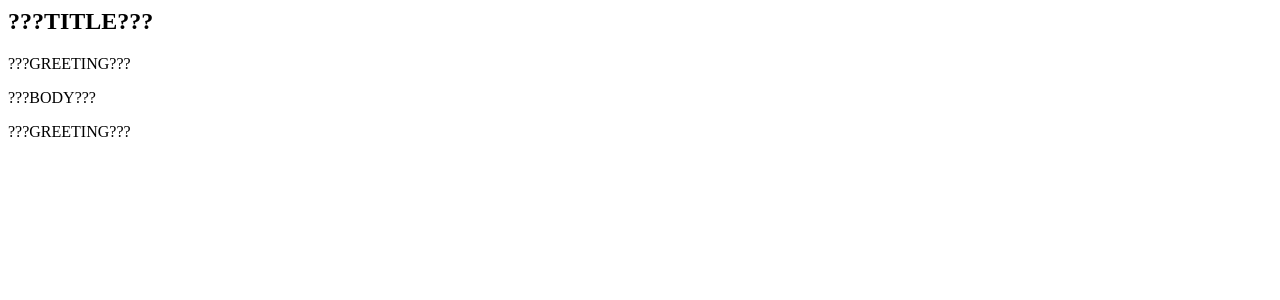
Repository: zboizz/JAVA_practice
Page: http://localhost/myapp/jstl/fmtTags5.jsp
These files come from the project's save history. The page is drawn as it stood at one moment and after the next save; the edit follows.
The browser window is 1280 px wide. The pictures show the whole page.
The page is served by Tomcat 9.

Above is the page before, as saved 2020-01-03 02:17:27.

After the next save:
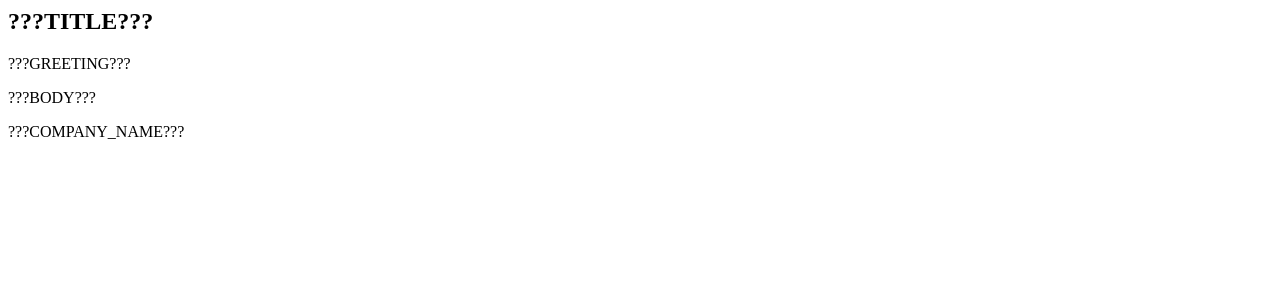
Saved 11 s later.
--- a/myapp/WebContent/jstl/fmtTags5.jsp
+++ b/myapp/WebContent/jstl/fmtTags5.jsp
@@ -10,4 +10,4 @@
 </h2>
 <fmt:message key="GREETING"/><p/>
 <fmt:message key="BODY"/><p/>
-<fmt:message key="GREETING"/><p/>
+<fmt:message key="COMPANY_NAME"/><p/>
